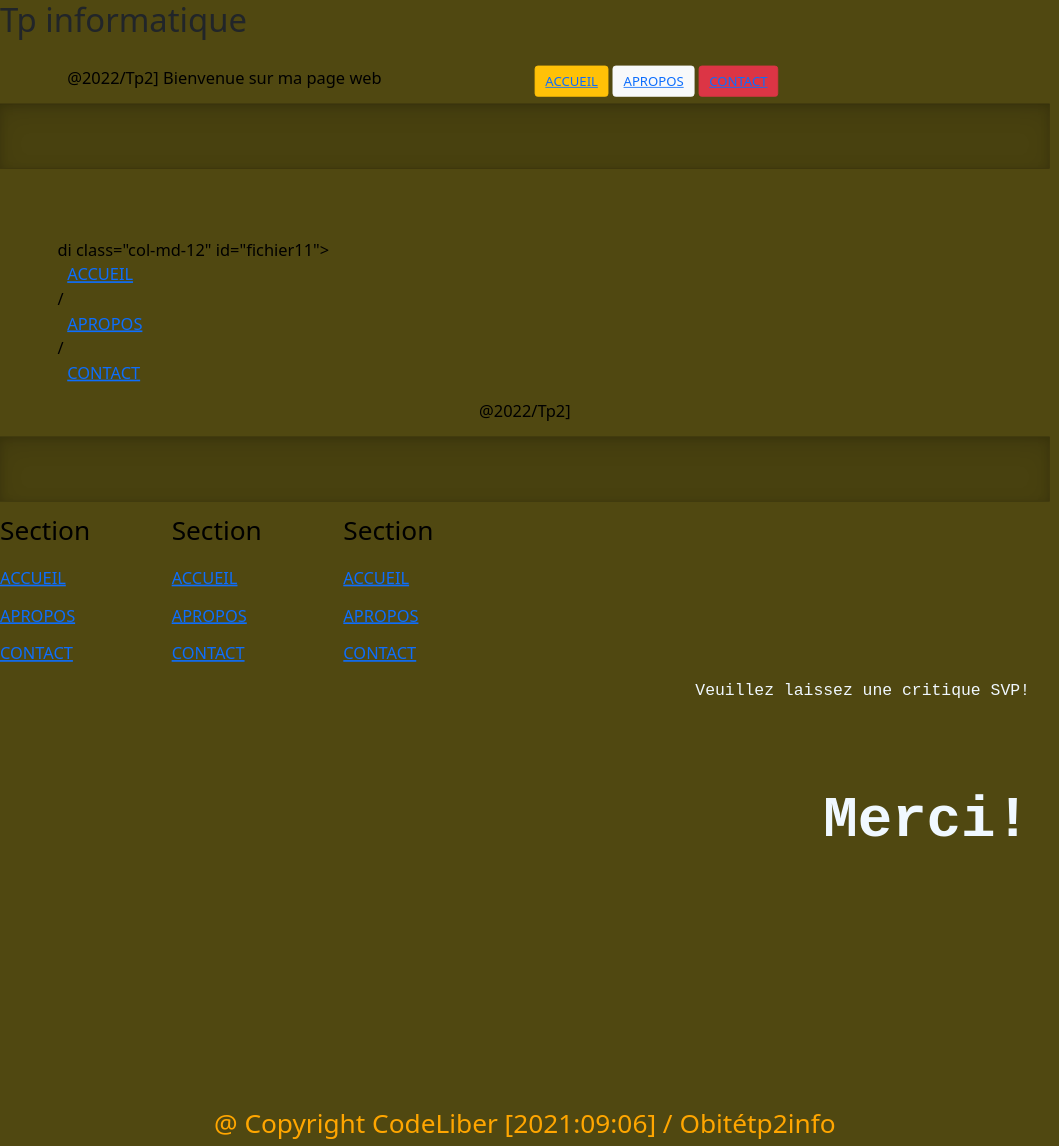
Repository: zezesylvain/cours-l3-info-2023-2024
Page: k.obite/Tp 2/Tp2/Index.html
These files come from the project's save history. The page is drawn as it stood at one moment and after the next save; the edit follows.
The browser window is 1280 px wide. The page is 1292 px wide, so the pictures cover 1292 px, including what lies to the right of the window. The pictures show the part of the page from y = 200 to 1598 px (the page is 1598 px tall before and 1582 px after), at 82% of full size.

Above is the page before, as saved 2021-12-15 10:47:35.

After the next save:
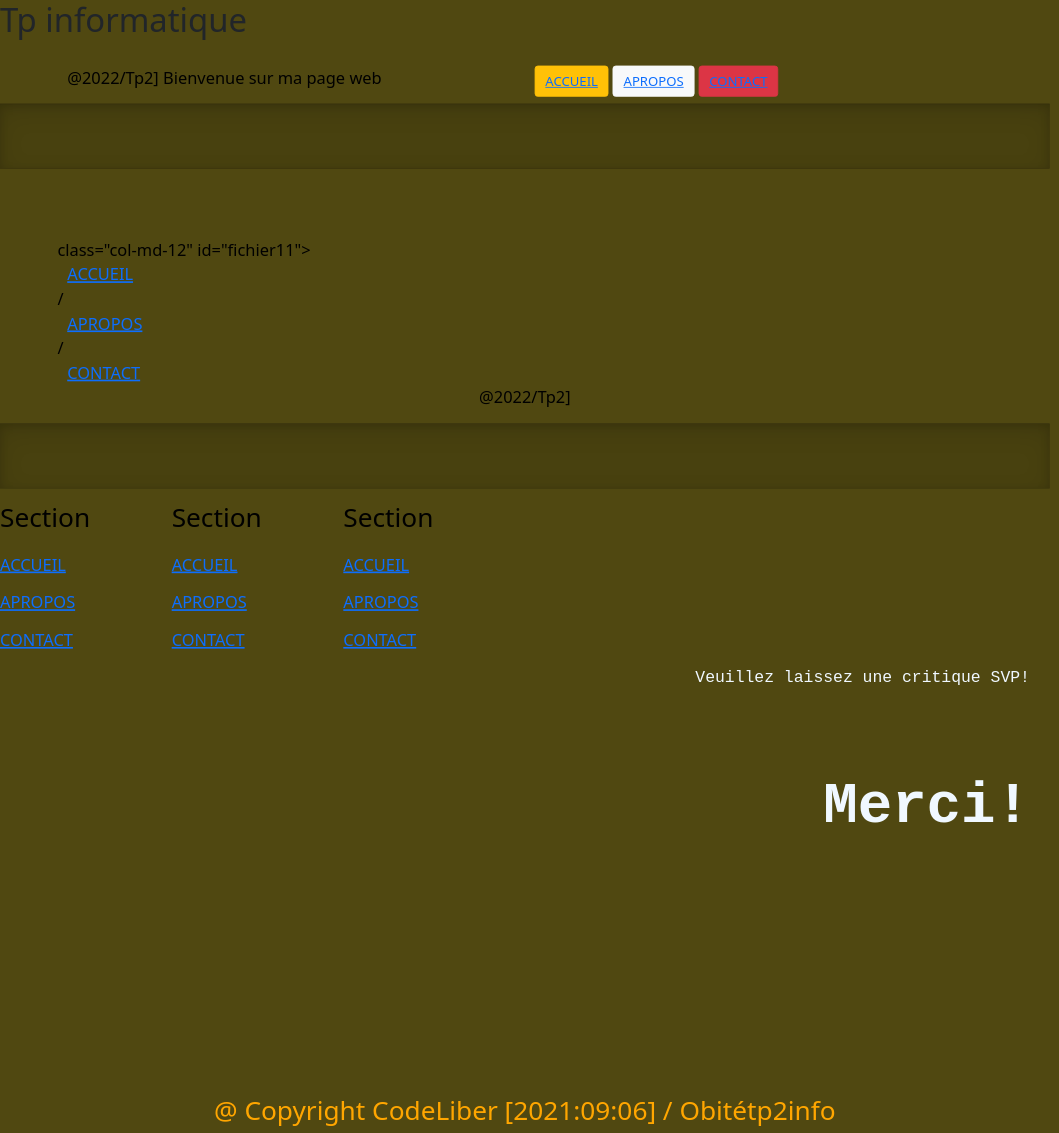
Saved 18 s later.
--- a/k.obite/Tp 2/Tp2/Index.html
+++ b/k.obite/Tp 2/Tp2/Index.html
@@ -52,13 +52,13 @@
 
 <br>
 <br>
-     di  class="col-md-12" id="fichier11">
+     <div></div>  class="col-md-12" id="fichier11">
 
      <a href="index.html"> ACCUEIL </a> /
      <a href="about.html"> APROPOS </a> /
      <a href="contact.html">  CONTACT </a>
 
-     </p>
+    </div>
 
      <p id="deco" class="col-md-12"> @2022/Tp2] </p>
 
